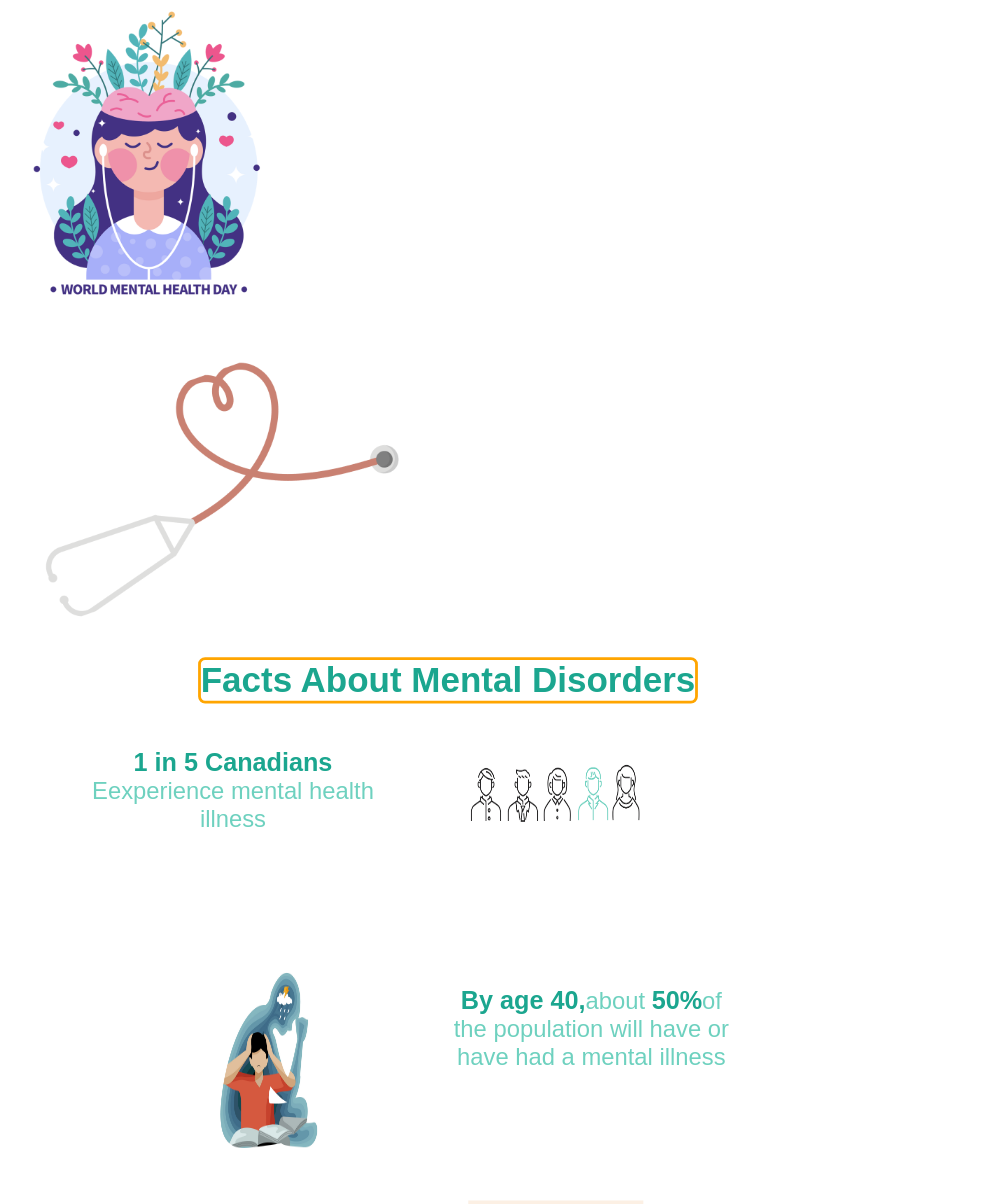
Repository: zzs1/2109-Dynamic-Content-Project
Page: index.html
The author's editor kept a copy of each file at every save. The page is drawn from the files as they stood at one save, then again after a run of saves.
The browser window is 1280 px wide. The page is 1280 px wide, then 1412 px, so the pictures cover 1412 px, including what lies to the right of the window. The pictures show the part of the page from y = 0 to 1720 px (the page is 5764 px tall before and 10199 px after), at 70% of full size.
Some web fonts or font styles are not loaded; a fallback is used.

Above is the page before, as saved 2021-03-09 11:39:46.

### index.html
<html lang="en">
<head>
  <meta charset="UTF-8">
  <meta name="viewport" content="width=device-width, initial-scale=1.0">
  <link href="index.css" rel="stylesheet" type="text/css" >
  <link rel="preconnect" href="https://fonts.gstatic.com">
  <link href="https://fonts.googleapis.com/css2?family=Saira+Semi+Condensed:wght@500&display=swap" rel="stylesheet">
  <title>Midterm group project for MDIA 2109</title>
</head>
<body>
  <!--please place your code in #main -->
  <div id="main">
    <!--Shin Part: Brain-->
    <div class="header image">
      <div class="headerpic"></div>
      </div>

    <!--Shin Part: Header: Have you take good care of you mental health? -->
    <div class="header caption">
      <img class="headimg" src="comps/caption/headimage.png" alt="image#1">
      <div class="headertitle_back">
      <h1 class="headertitle"></div>
      </h1>
        <img class="sideimg" src="comps/caption/sideimage.png" alt="image#2">
    </div>

    <!--Shin Part: content1: Common symptoms of mental illness -->


    <!--Shin: Dont be afraid part-->


    <!--Joyce: Facts about mental disorders  -->
  <div class="joyce_main">
    <h1 id="heading"> Facts About Mental Disorders </h1>

    <div class="ps_container">

      <div class="boxes" id="box1">
          <p class="text">
            <strong class="keyword">1 in 5 Canadians</strong> Eexperience mental health illness
          </p>
          <div class="pic">
            <img src="joyce_code/pic/box1.png" width="250px" height="280px">
          </div>
      </div>

      <div class="boxes"  id="box2">
          <div class="pic">
            <img src="joyce_code/pic/box2.jpg" width="250px" height="280px">
          </div>
          <p class="text">
            <strong class="keyword">By age 40,</strong>about <strong class="keyword">50%</strong>of the population will have or have had a mental illness
          </p>
      </div>

      <div class="boxes" id="box3">
          <p class="text">
            It is estimated that <strong class="keyword">10-20% </strong> of Canadian youth are affected by <strong class="keyword">a mental illness or disorder</strong>
          </p>
          <div class="pic">
            <img src="joyce_code/pic/box3.jpg" width="250px" height="250px">
          </div>
      </div>

      <div class="boxes"  id="box4">
        <div class="pic">
          <img src="joyce_code/pic/box4.jpg" width="300px" height="300px">
        </div>
        <p class="text">
          Almost <strong class="keyword">49% </strong>of those who feel they have suffered from<strong class="keyword"> depression or anxiety</strong> have <strong class="keyword">never gone to see a doctor</strong> about this problem.
        </p>
      </div>

      <div class="boxes"  id="box5">
        <p class="text">
          <strong class="keyword">Anxiety disorders</strong> affect <strong class="keyword">5%</strong> of the household population
        </p>
        <div class="pic">
          <img src="joyce_code/pic/box5.jpg" width="300px" height="300px">
        </div>
      </div>

      <div class="boxes" id="box6">
        <div class="pic">
          <img src="joyce_code/pic/box6.jpg" width="300px" height="300px">
        </div>
        <p class="text">
          People with the highest levels of self-rated distress were <strong class="keyword">32%</strong> more likely to have <strong class="keyword">died from cancer</strong>
        </p>
      </div>

      <div class="boxes" id="box7">
        <p class="text">
          <strong class="keyword">Depression </strong>has been found to be associated with an increased risk of <strong class="keyword">coronary heart disease</strong>
        </p>
        <div class="pic">
          <img src="joyce_code/pic/box7.jpg" width="250px" height="300px">
        </div>
      </div>

    </div>

      <div id="box8">
        <p class="text">
          Today, approximately <strong class="keyword">5% of male youth and 12% of female youth</strong>, age 12 to 19, have experienced a <strong class="keyword">major depressive episode.</strong>
        </p>
        <div class="pic">
          <img src="joyce_code/pic/box8.jpg" width="80%" height="300px">
        </div>
      </div>


  </div>

    <!-- DONT TOUCH!! Chisaki part start from here-->

    <!--Card question section-->
    <div class="container cardquestions">
      <div class="title"></div>
    <div class="card"></div>
    </div>
    <!--Time to look after your mental health section-->
    <div class="container mid">
      <h1 class="midtitle">Time to look after your mental health</h1>
      <img src="comps/icon/midpic.jpg" alt="mental health" max-width="300px" height="300px" />
    </div>

    <!--Pick Icons for more info part-->
    <div class="container iconsection">
      <div class="title2"></div>
      <h3 class="subtitle">Pick icons for infomation</h3>
      <div class="icon" onclick="myFunction()"></div>
      <div class="hidden" id="panel">
        <div class="info"></div>
      </div>
    </div>

    <!--DONT TOUCH!! Chisaki part ends-->

    <!--For Joyce, next part write from here as long as it is main content. If it is footer, please place the code underneath </div> with <footer>-->
      <div  id="bottom">
        <div id="right">
            <div id="content">
            For quick mental testing for <br>yourself and learn more about mental illness, download RETHERAPHY from  </div>
            <div id="logo"><a href="https://play.google.com/store"><img  src=joyce_code/pic/google.png alt="appstore" width=180 height=100></img></a><br>
                <a href="https://www.apple.com/ca/app-store/"><img  src=joyce_code/pic/apple.png alt="appstore"  width=180 height=100></img></a>
            </div>
        </div>
      <div id="showcase"><img  src="joyce_code/pic/phone.png" alt="apps phone" width="220" height="450"> </div>
    </div>

  </div>

  <!--DONT TOUCH !! Chisaki scripts start from here-->
  <script src="comps/card/index.js"></script>
  <script src="comps/Title/index.js"></script>
  <script src="comps/icon/index.js"></script>
  <script src="comps/Info/index.js"></script>
  <script src="index.js"></script>
  <script>
    function myFunction() {
      document.getElementById("panel").style.display = "block";
    }
    document.getElementById("icon1").onclick = function (){
      document.getElementById("info1").style.display = "block";
      document.getElementById("info2").style.display = "none";
      document.getElementById("info3").style.display = "none";
      document.getElementById("info4").style.display = "none";
      document.getElementById("info5").style.display = "none";
      document.getElementById("info6").style.display = "none";
    }
    document.getElementById("icon2").onclick = function (){
      document.getElementById("info2").style.display = "block";
      document.getElementById("info1").style.display = "none";
      document.getElementById("info3").style.display = "none";
      document.getElementById("info4").style.display = "none";
      document.getElementById("info5").style.display = "none";
      document.getElementById("info6").style.display = "none";
    }
    document.getElementById("icon3").onclick = function (){
      document.getElementById("info3").style.display = "block";
      document.getElementById("info1").style.display = "none";
      document.getElementById("info2").style.display = "none";
      document.getElementById("info4").style.display = "none";
      document.getElementById("info5").style.display = "none";
      document.getElementById("info6").style.display = "none";
    }
    document.getElementById("icon4").onclick = function (){
      document.getElementById("info4").style.display = "block";
      document.getElementById("info1").style.display = "none";
      document.getElementById("info2").style.display = "none";
      document.getElementById("info3").style.display = "none";
      document.getElementById("info5").style.display = "none";
      document.getElementById("info6").style.display = "none";
    }
    document.getElementById("icon5").onclick = function (){
      document.getElementById("info5").style.display = "block";
      document.getElementById("info1").style.display = "none";
      document.getElementById("info2").style.display = "none";
      document.getElementById("info3").style.display = "none";
      document.getElementById("info4").style.display = "none";
      document.getElementById("info6").style.display = "none";
    }
    document.getElementById("icon6").onclick = function (){
      document.getElementById("info6").style.display = "block";
      document.getElementById("info1").style.display = "none";
      document.getElementById("info2").style.display = "none";
      document.getElementById("info3").style.display = "none";
      document.getElementById("info4").style.display = "none";
      document.getElementById("info5").style.display = "none";
    }
    </script>
    <!--DONT TOUCH !! Chisaki scripts ends here-->

</body>
</html>

### index.css
html,body {
  margin:0;
  font-family: 'Saira Semi Condensed', sans-serif;
}

#main {
  width:100vw;
  height:100vh;
  display:flex;
  flex-direction: column;

}
/*Joyce part starts from here*/
.joyce_main{
  width:100vw;
  display:flex;
  flex-direction:column;
  align-self: start;
  align-items:center;
  margin:50px 0;
}
#heading{
  margin-top: 50px;
  font-size: 50px;
  color:#1BA68F;
  border:4px solid  orange;
  max-height:30%;
  max-width: 80%;
  border-radius: 10px;
  text-align: center;
  margin:0;
}
#heading:hover{
animation: skew 2s infinite;
transform: skew(12deg);
animation-direction: alternate;
opacity: .8;
}

@keyframes skew {
0% {
  transform: skew(20deg, 20deg);
}
100% {
  transform: skew(-20deg, -20deg);
}
}

.ps_container {
  width:100%;
  display:flex;
  flex-direction:column;
  justify-items: center;
  align-items: center;


}
.boxes{


  max-width: 80%;
  flex-grow: 1;
  display:flex;
  flex-direction:row;
  text-align: center;
  margin:30px 0;
}



.text{

  display: inline;
  max-width: 40%;
  color:#6ED1BF;
  font-size: 34px;
}

.text:hover{
  text-shadow: 2px 2px 10px #CBC2C2;
}

.pic{
  justify-items: center;
  width: 50%;
  transition: transform .2s; /* Animation */
   }

.pic:hover {
      transform: scale(1.2);

}

.pic > img {
  display: block;
  margin-left: auto;
  margin-right: auto;
}

.keyword{
  color:#1BA68F;
  font-size: 36px;
}
#box8 {
  width:80%;
  justify-content: center;
  align-items: center;
  flex-direction: column;
}

#box8 > .pic{
  width:80%;
  display: block;
  margin-left: auto;
  margin-right: auto;

}

/*Joyce part ends here*/


/* DONT TOUCH !! Chisaki Part Start from here */
.container {
 min-width:100%;
}
.cardquestions{
  background-color:#1BA68F;
}
.card {
  display:flex;
  flex-direction:row;
  flex-wrap: wrap;
  justify-content:center;
  align-items: center;
  margin:30px;
  font-family: 'Saira Semi Condensed', sans-serif;
}
.mid{
  background-color:#FFFFFF;
  text-align: center;
}
.midtitle {
 color:#1BA68F;
 font-family: 'Saira Semi Condensed', sans-serif;

}

.iconsection {
  background-color:#FFAA81;

}
.title,.title2{
  display: flex;
  justify-content:center;
  align-items: center;
  margin:30px;
  font-family: 'Saira Semi Condensed', sans-serif;
}

.icon {
  display: flex;
  flex-wrap: wrap;
  justify-content:center;
  align-items: center;
  margin:10px;
  font-family: 'Saira Semi Condensed', sans-serif;

}
.subtitle {
  color:#FFEBE4;
  text-align: center;
  font-family: 'Saira Semi Condensed', sans-serif;
}
.hidden{
  display:none;
}
.info {
justify-content: center;
align-items: center;
font-family: 'Saira Semi Condensed', sans-serif;
}

/* DONT TOUCH !!Chisaki Part End here*/

/*Joyce CSS buttom part styling starts from here*/
#bottom{
  margin:0;
  background-color:#3EB7B2;
  color:white;
  display:flex;
  justify-content: center;
}
#right{
  margin-top: 16%;
  display:flex;
  flex-direction: column;
  max-width: 40%;
  justify-content: flex-start;
}
#showcase{
  margin-top: 10%;
  max-width: 40%;
  justify-content: flex-end;
}

#logo{
  margin-left: 16%;
}
#content{
  font-size: 20px;
  margin-bottom: 10%;
  max-width: 80%;
}
#logo img{
  margin-bottom: 5%;
}

### comps/card/index.js
function CardUI(title='question',option1='text1', option2='text2', option3='text3',backtitle="Answer",content="answer paragraphs"){
  return`
  <div style='
  background-color:#6ED1BF;
  max-height:350px;
  max-width:200px;
  border-radius:10px;
  border:5px solid #FFFFFF;
  margin:20px;
  '
  onclick='CardUI.HandleClick(this)'
  >

    <div class="front" style='
    transition: opacity 1s;
    opacity: 1;
    '
    >
      <h3 style='
      color:#FFFFFF;
      text-align:center;
      margin:10px;
      '>
        ${title}
      </h3>

      <div style='
      display:flex;
      flex-direction:column;
      margin:50px 20px;

      '>
        <div style='
        display:flex;
        flex-direction:row;
        margin:10px;
        '>

          <input name='question'
          type=radio />
            <p style='
            color:#FFEBE4;
            margin:0;
            margin-left:10px;
            '>${option1}
            </p>
        </div>

        <div style='
        display:flex;
        flex-direction:row;
        margin:10px;
        '>

          <input name='question'
          type=radio />
            <p style='
            color:#FFEBE4;
            margin:0;
            margin-left:10px;
            '>
            ${option2}
            </p>
        </div>

        <div style='
        display:flex;
        flex-direction:row;
        margin:10px;
        '>

          <input name='question'
          type=radio />
            <p style='
            color:#FFEBE4;
            margin:0;
            margin-left:10px;
            '>
            ${option3}
            </p>
        </div>
      </div>
    </div>

    <div class="back" style='
    display: flex;
    flex-direction:column;
    position: relative;
    justify-content: center;
    align-items: center;
    top: -350px;
    transition: opacity 1s;
    opacity: 0;
    '>
      <h3 style='
      color:#FFEBE4;
      text-align:center;
      margin:10px;

      '>
        ${backtitle}
      </h3>
      <p style='
      color:#FFFFFF;
      text-align:center;
      margin:10px;
      '>
      ${content}
      </p>
    </div>
  </div>
`}

//export const Card = CardUI();
CardUI.HandleClick = (el) => {
  el.querySelector(".front").style.opacity= 0;
  el.querySelector(".back").style.opacity = 1;
}

### comps/Title/index.js
function TitleUI(bgcolor="#FFFFFF", bodercolor="#FFD4C1",text="title", font="#FFAA81"){
return`<div style='
width:300px;
height:70px;
border-radius:20px;
background-color:${bgcolor};
border:5px solid ${bodercolor};

'>
<h3 style='
color:${font};
text-align:center;
'>${text}</h3>
</div>
`
}
//export const Title = TitleUI();

### comps/icon/index.js
function IconUI(id="id",url="https://placekitten.com/300/300",text="icon"){
  return`<div style='
  width:100px;
  height:100px;
  background-color:#FFEBE4;
  margin:10px;
  text-align:center;
  '
  id='${id}'
  onmouseover='IconUI.HandleClick(this)'

  '>

    <div class="front" style='
    transition: opacity 1s;
    opacity: 1;
    '
    >
      <img style='
      width:70px;
      height:70px;
      object-fit:cover;
      margin:15px;
      box-shadow:0 6px 10px 0 rgba(0, 0, 0, 0.4);
      'src='${url}' />

    </div>

    <div class="mouseover" style='
    display: flex;
    flex-direction:column;
    position: relative;
    justify-content: center;
    align-items: center;
    top: -90px;
    transition: opacity 1s;
    opacity: 0;
    '>
      <p style='
      color:#646464;
      font:21px;
      '>
      ${text}
      </p>
    </div>
  </div>
`}

//export const Icon = IconUI();

IconUI.HandleClick = (el) => {
  //in the UI's case, el is the div itself
  el.querySelector(".front").style.opacity= 0.4;
  el.querySelector(".mouseover").style.opacity = 1;

  //onclick

}

### comps/Info/index.js
function InfoUI(id="id",url="https://placekitten.com/300/300",title="h3title",text="paragraphs here"){
  return`<div class="container"
  id="${id}"
  style='
  width:100vw;
  display:flex;
  flex-direction:column;
  text-align:center;
  align-items:center;

  '>
    <img style='
    width:150px;
    height:150px;
    'src='${url}' />

      <div class=psbox
      style='
      display:flex;
      flex-direction:column;
      align-items:center;
      margin:20px;
      '>
        <h3 style='
        color:#1BA68F;
        '>
        ${title}
        </h3>
        <p style='
        color:#FFEBE4;
        width:70%;
        '>
        ${text}
        </p>

    <div>
  </div>
  `
  }
  //export const Info = InfoUI();
  function clickedButton(){
    document.getElementById("container").style.display = "none";
  }

### index.js
// DONT TOUCH !!Chisaki JS start from here
document.querySelector(".title").innerHTML += TitleUI("#FFFFFF","#1BA68F","Top 3 Mental illness in US","#1BA68F");
document.querySelector(".card").innerHTML += CardUI("What is top 1 Mental illness ?", "Bipolar disorder", "Anxiety disorder", "Major depressive disorder","Anxiety disorder","Symptoms can include excessive worrying, feeling agitated, <strong style='color:#FFF511;'>restlessness</strong>, fatigue, tense muscles, difficulty <strong style='color:#FFF511;'>sleeping, and panic attacks</strong>");
document.querySelector(".card").innerHTML += CardUI("What is 2nd Mental illness ?", "Bipolar disorder", "Anxiety disorder", "Major depressive disorder","Major depressive disorder", "Symptoms include <strong style='color:#FFF511;'>depressed mood</strong>, change in weight, appetite and sleep patterns, fatigue, and a <strong style='color:#FFF511;'>feeling of worthlessness</strong>");
document.querySelector(".card").innerHTML += CardUI("What is 3rd Mental illness ?", "Bipolar disorder", "Anxiety disorder", "Major depressive disorder","Bipolar disorder","Symptoms  include experience <strong style='color:#FFF511;'>manic episodes</strong> where their moods and behaviors are drastically different than normal.");
document.querySelector(".title2").innerHTML += TitleUI("#FFFFFF","#FFD4C1","How to improve your mental health?","#FFAA81");
document.querySelector(".icon").innerHTML += IconUI("icon1",'comps/icon/pic1.svg',"EAT WELL");
document.querySelector(".icon").innerHTML += IconUI("icon2",'comps/icon/pic2.svg',"STRECHING");
document.querySelector(".icon").innerHTML += IconUI("icon3",'comps/icon/pic3.jpg',"STOP TOBBACO");
document.querySelector(".icon").innerHTML += IconUI("icon4",'comps/icon/pic4.svg', "TREAT YOURSELF");
document.querySelector(".icon").innerHTML += IconUI("icon5",'comps/icon/pic5.svg', "CHAT CHAT CHAT");
document.querySelector(".icon").innerHTML += IconUI("icon6",'comps/icon/pic6.svg', "PLAN YOUR GOAL");
document.querySelector(".info").innerHTML += InfoUI("info1",'comps/icon/pic1.svg',"Eat and drink to optimize your health","Eating healthy is not only good for your physical health, but also for your mental health. some people release their stress by eating junk foods, taking caffeine, or drinking alcohol, but it is not a good way to release your stress in the long run. Consider making healthy eating and drinking habits. ");
document.querySelector(".info").innerHTML += InfoUI("info2",'comps/icon/pic2.svg',"Exercise regularly","Try to do some exercises because we can ease our stress by moving our body. You can try non-competitive exercises, such as aerobics, weight training, and yoga. According to the study, aerobic exercise can release endorphins which are natural substances that make your feeling better and keep you being positive.");
document.querySelector(".info").innerHTML += InfoUI("info3",'comps/icon/pic3.jpg',"Stop using tobacco and nicotine products","Did you know smoking is not only bad for your physical health, but also mental health? Smoking increases your anxiety and tension. In fact, if you try to stop smoking and get rid of the nicotine, you would feel irritable and anxious due to the signals from certain chemicals in the brain.");
document.querySelector(".info").innerHTML += InfoUI("info4",'comps/icon/pic4.svg', "Study and practice relaxation techniques", "Finding your relaxation way is really important to relieve your stress. It can be anything that you would like to do, such as taking a long bath, deep breathing, doing mindfulness meditation, or daydreaming. In <strong style='color:#1BA68F;'>retheraphy</strong>, we are also introducing some popular relaxation ways.");
document.querySelector(".info").innerHTML += InfoUI("info5",'comps/icon/pic5.svg', "Talk how you feel to someone","By talking your concerns to someone else, you can organize your feeling. Moreover, someone may give you some advice for your concerns. It is always a good idea to talk your feelings to people you trust. If your concerns are really personal ones, you can also reach out to some professional consultants.");
document.querySelector(".info").innerHTML += InfoUI("info6",'comps/icon/pic6.svg', "Set realistic goals and expectations", "By setting realistic goals and achieving small goals step by step, you can get more and more confident on yourself. For example, if you are trying to go on diet, you can start by walking 1 or 2 bus stops distance once or twice a week. When you making a plan, it is a good idea to consider your plan for the long run.");
// DONT TOUCH !!Chisaki JS End here

After the next 2 saves:
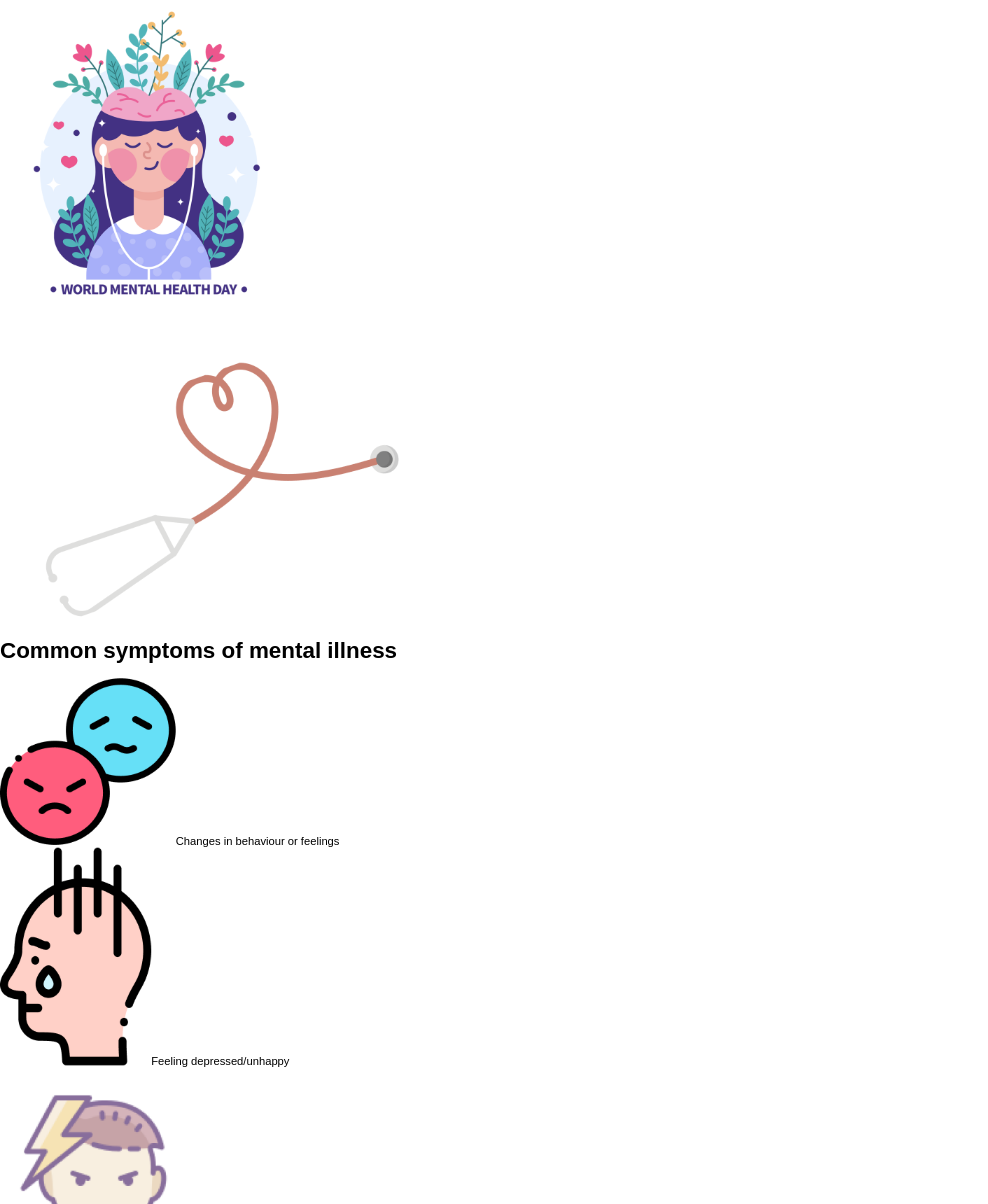
The 2 saves are shown as one change because they came seconds apart.
The last was saved 13 s later.
--- a/index.html
+++ b/index.html
@@ -25,7 +25,20 @@
     </div>
 
     <!--Shin Part: content1: Common symptoms of mental illness -->
-
+    <div class="content center">
+      <div class="sub1_back">
+      <h1 class="content sub1">Common symptoms of mental illness</h1>
+      </div>
+      <div class="content form01"><img class='img1'src="reference pictures_/image06.png">Changes in behaviour
+       or feelings
+      </div>
+      <div class="content form02"><img  class='img2' src="reference pictures_/image05.png">Feeling depressed/unhappy </div>
+      <div class="content form03"><img  class='img3' src="reference pictures_/image04.png">Emotional outbursts</div>
+      <img class="arrow" src="comps/content/Group 13.png" alt="arrowkey">
+      <div class="content form04"><img  class='img4'src="reference pictures_/image03.png">Quiet or withdrawn</div>
+      <div class="content form05"><img  class='img5'src="reference pictures_/image02.png">Sleeping problems</div>
+      <div class="content form06"><img  class='img6'src="reference pictures_/image01.png">Feeling guilty or worthless</div>
+    </div>
 
     <!--Shin: Dont be afraid part-->
 
